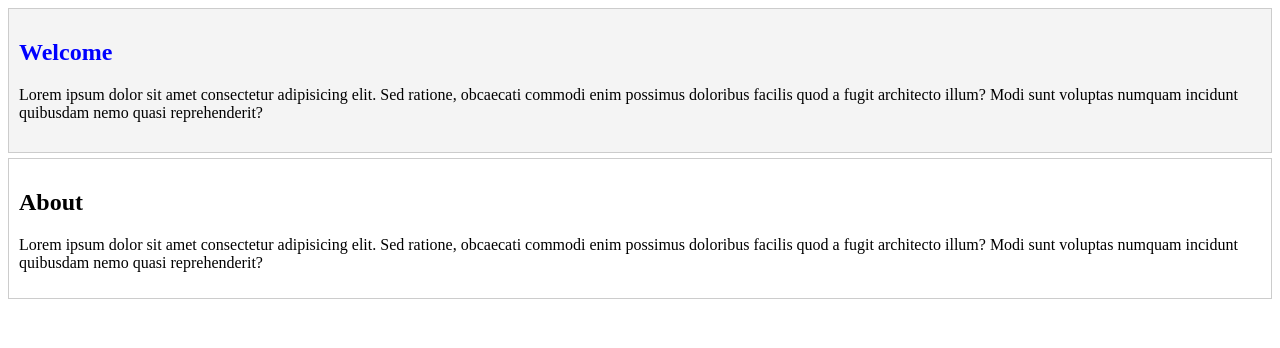
Repository: andiausrust/css-traversy
Page: css-basics/01_basic.html
These files come from the project's save history. The page is drawn as it stood at one moment and after the next save; the edit follows.
The browser window is 1280 px wide. The pictures show the whole page.

Above is the page before, as saved 2020-08-19 10:13:04.

After the next save:
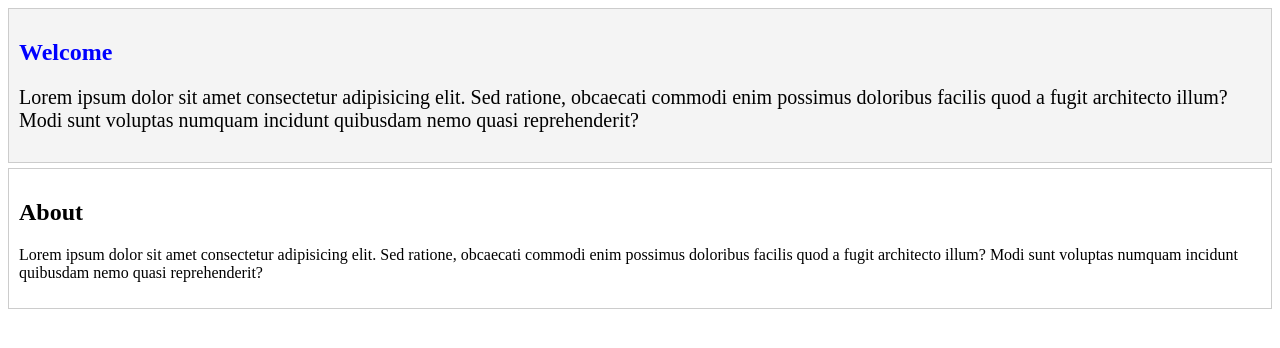
Saved 42 s later.
--- a/css-basics/01_basic.html
+++ b/css-basics/01_basic.html
@@ -9,20 +9,20 @@
     <body>
         <div id="welcome">
             <h2 id="primary-heading">Welcome</h2>
-            <p><div>Lorem ipsum dolor sit amet consectetur
+            <p>Lorem ipsum dolor sit amet consectetur
                 adipisicing elit. Sed ratione, obcaecati commodi enim
                 possimus doloribus facilis quod a fugit architecto illum?
                 Modi sunt voluptas numquam incidunt quibusdam nemo quasi
-                reprehenderit?</div></p>
+                reprehenderit?</p>
         </div>
     <body>
         <div id="about">
             <h2>About</h2>
-            <p><div>Lorem ipsum dolor sit amet consectetur
+            <p>Lorem ipsum dolor sit amet consectetur
                 adipisicing elit. Sed ratione, obcaecati commodi enim
                 possimus doloribus facilis quod a fugit architecto illum?
                 Modi sunt voluptas numquam incidunt quibusdam nemo quasi
-                reprehenderit?</div></p>
+                reprehenderit?</p>
         </div>
     </body>
 </html>
